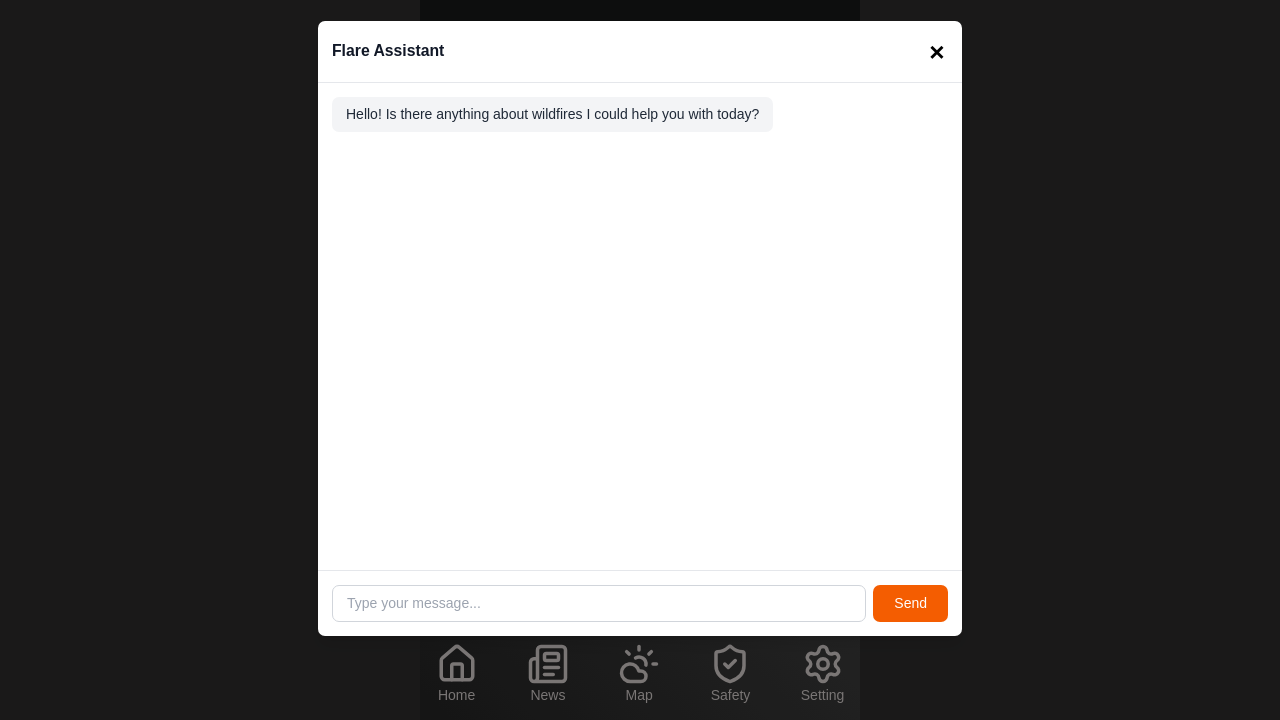
Repository: BCITKevin/Flare_IDSP
Page: /safety, after clicking the first element matching `button.flex`
An editor plug-in stored every save of this project. The page is shown before and after the next save, followed by the edit.
The browser window is 1280 px wide. The pictures show the whole page.
An inner scrolling area shows only its first screen. Some web fonts or font styles are not loaded; a fallback is used. The project was rebuilt for these pictures with package versions that can differ from the ones it lists, and the page was loaded fresh each time. The framework's server and built-in components were replaced by stand-ins that run in the browser. Also part of the build but not shown: next.config.js, next.config.mjs.

Above is the page before, as saved 2024-11-30 17:31:58.

### src/app/safety/page.tsx
'use client';

import { Tabs, TabsContent, TabsList, TabsTrigger } from "@/components/ui/tabs";
import {
    Card,
    CardContent,
    // CardDescription,
    // CardFooter,
    CardHeader,
    // CardTitle,
} from "@/components/ui/card"
import styles from "./safety.module.css"
import { Backpack, Map, Flag } from "lucide-react";
import prepareHero from "../public/images/prepareHero.png"
import evacHero from "../public/images/EvacHero.png"
import emergencyHero from "../public/images/EmergencyHero.png"
import BottomNavBar from "@/components/BottomNavBar/BottomNavBar";
import React from "react";

import { useState } from "react";
import Image from "next/image";

type Message = {
    text: string;
    sender: string;
};

// Card can be reformatted into a reusable component

export default function Safety() {
    const [showChat, setShowChat] = useState(false);
    const [activeTab, setActiveTab] = useState('Prepare');
    const [prevMsg, setMsg] = useState<Message[]>([
        { text: "Hello! Is there anything about wildfires I could help you with today?", sender: 'bot' },
    ]);


    async function handleSubmit(e: React.FormEvent<HTMLFormElement>) {
        e.preventDefault()

        try {
            const message = (document.querySelector('#message') as HTMLInputElement)?.value;
            (document.querySelector('#message') as HTMLInputElement).value = '';

            console.log(message);
            setMsg((prevMsg) => [...prevMsg, { text: message, sender: 'user' }]);

            const res = await fetch('/api/safety', {
                method: 'POST',
                headers: {
                    'Content-Type': 'application/json',
                },
                body: JSON.stringify({ message }),
            });

            if (!res.ok) {
                console.error();
                throw new Error('OOPS, SOMETHIN WRONG WITH BOT');
            }
            const data = await res.json();

            const botResponse = data.chat.content || "Sorry, I can't process your request. Please try again";

            setMsg((prevMsg) => [...prevMsg, { text: botResponse, sender: 'bot' }]);

            console.log('from gpt: ', botResponse);
        }
        catch (err) {
            console.error(err);
        }
    }

    const prepareText = `
    <strong>Stay informed:</strong> It’s crucial to stay updated on emergency alerts and evacuation orders issued by local authorities. Regularly check with Flare and turn on notifications and stay updated with the news. These alerts provide critical information about wildfire locations, safe zones, and road closures.
    <br><br>
    <strong>Assemble an emergency kit:</strong>
    <ul>
        <li>- First aid supplies, such as bandages, antiseptics, and pain relievers.</li>
        <li>- Enough non-perishable food and water to sustain your household for at least 3 days.</li>
        <li>- Flashlights with spare batteries, a multi-tool, a whistle for signaling, and a fire extinguisher.</li>
        <li>- Personal hygiene items, blankets, and clothing suitable for various weather conditions.</li>
    </ul>
    <br>
    <strong>Follow evacuation routes:</strong> Use the safest, predefined routes recommended by local authorities. Avoid unfamiliar roads that could be blocked or unsafe. Always have a physical map in case of GPS or mobile network failure.
    <br><br>
    <strong>Leave as early as possible:</strong> Don’t wait until the last moment to evacuate. Early action reduces risks and allows emergency responders to focus on critical areas. Traffic congestion and panic during last-minute evacuations can pose additional dangers.
    <br><br>
    <strong>Assist neighbors if possible:</strong> Check on those in your community who may need help, especially the elderly, people with disabilities, or families without transportation. Offer support by carpooling or sharing resources.
    <br><br>
    <strong>Keep your vehicle ready:</strong> Ensure your vehicle is in good condition with a full gas tank. Keep the keys easily accessible, park the car facing outward for a quick exit, and load essential items in advance to save time during an emergency.
    <br><br>
    <strong>Practice your evacuation plan:</strong> Conduct regular drills with your household to ensure everyone knows their roles and responsibilities. Familiarity with the process can reduce stress and confusion during an actual emergency.
    <br><br>
    <strong>Create a defensible space around your home:</strong> Clear dry leaves, branches, and other flammable materials at least 30 feet from your home. Trim tree branches to a height of at least 6 feet to prevent fire from climbing. Regularly maintain gutters and roofs by removing debris. Store firewood and other combustible items far from structures.
    <br><br>
    `;


    const emergencyText = `
    <strong>If you are in danger, contact emergency services immediately:</strong> Dial the emergency hotline 911 if your safety is compromised. Or  call 1 800 663-5555 toll-free or <strong>*5555</strong> on a cellphone to report a wildfire. Clearly state your location and the nature of the emergency to ensure responders can locate you quickly. Avoid using the line for non-critical updates to keep it free for those in immediate need.
    <br><br>
    <strong>Stay inside if safe:</strong> If evacuation is not possible, shelter in place in a safe room. Select an area with minimal windows and external doors, preferably one located at the center of your home or on the opposite side of the fire’s path. Keep the space stocked with basic necessities, including water, flashlights, and communication devices.
    <br><br>
    <strong>Block air entry:</strong> Use duct tape, wet towels, or other materials to seal gaps around doors and windows to prevent smoke infiltration. Shut off HVAC systems and close vents to further limit the entry of hazardous air.
    <br><br>
    <strong>Listen to official information:</strong> Stay tuned to updates from local authorities via radio, mobile apps, or reliable online sources. Avoid spreading or acting on unverified information that may cause unnecessary panic.
    <br><br>
    <strong>Use face coverings:</strong> If you need to go outside or smoke enters your shelter, use wet towels, bandanas, or certified N95 masks to filter harmful particles. This is especially important for individuals with respiratory issues, the elderly, and young children.
    <br><br>
    <strong>Stay hydrated:</strong> Drink plenty of water to combat dehydration caused by heat and smoke inhalation. Avoid alcohol or caffeinated drinks, which can exacerbate dehydration. If possible, keep oral rehydration salts or electrolyte drinks on hand.
    <br><br>
    <strong>Be prepared for power outages:</strong> Wildfires may disrupt electricity. Keep flashlights, extra batteries, and a manual crank radio available. Charge your devices in advance and consider using portable power banks.
    <br><br>
    <strong>Plan for communication:</strong> If mobile networks are down, use walkie-talkies or pre-established signals with neighbors and family to communicate effectively.
    <br><br>
    <strong>Protect pets and livestock:</strong> Keep your pets in a secure area with food and water. If possible, move livestock to open areas far from fire hazards.
    <br><br>
    <strong>Monitor air quality:</strong> Use air purifiers indoors if available and check air quality levels through official channels to minimize smoke-related health risks.
    `;


    const evacuationText = `
    <strong>Develop a family emergency plan:</strong> Create a detailed emergency plan that includes designated meeting spots, multiple communication strategies, and escape routes for different scenarios. Assign responsibilities to each family member and rehearse the plan frequently to ensure everyone is prepared.
    <br><br>
    <strong>Prepare to leave immediately:</strong>
    - Ensure you have gathered all essential items ahead of time to avoid delays. These include:
    <br><br>
    <ul>
        <li>- <strong>Medications</strong>, including prescription drugs and a basic first aid kit for minor injuries.</li>
        <li>- <strong>Important documents</strong>, such as government-issued IDs, insurance papers, property deeds, and emergency contact information.</li>
        <li>- Your <strong>emergency kit</strong> as outlined in the prepare section</li>
        <li>- Personal items like clothing, toiletries, and any essential supplies for infants, pets, or elderly family members.</li>
    </ul>
    <br>
    <strong>Keep important documents ready:</strong> Store essential documents like birth certificates, passports, medical records, and insurance policies in a waterproof, fireproof safe. Back up digital copies to cloud storage or an external hard drive.
    <br><br>
    <strong>Know your local risk level:</strong> Familiarize yourself with wildfire risks in your area by consulting local government websites and fire risk maps. Participate in community evacuation drills to understand the best practices and routes in case of an emergency.
    <br><br>
    <strong>Sign up for emergency alerts:</strong> Subscribe to wildfire and weather warning systems offered by local authorities.
    <br><br>
    <strong>Invest in fire-resistant building materials:</strong> Upgrade your home with fire-resistant roofing, siding, and windows. Install ember-resistant vents to prevent sparks from entering your home.
    <br><br>
    <strong>Prepare your vehicle:</strong> Keep your car in good working condition, with a full gas tank and an emergency kit inside. Include maps, a spare tire, tools, and extra supplies to ensure mobility during an evacuation.
    <br><br>
    <strong>Coordinate with your neighbors:</strong> Work together with your community to create a wildfire response plan. Share resources, such as tools and safety tips, to enhance collective preparedness.
    <br><br>
    <strong>Learn fire suppression techniques:</strong> Take basic training on how to use a fire extinguisher and other suppression tools effectively. Know when to evacuate instead of attempting to combat the fire yourself.
    <br><br>
    <strong>Advocate for local safety measures:</strong> Encourage local governments to implement wildfire prevention strategies, such as controlled burns, community fuel breaks, and infrastructure upgrades.
    `;




    return (
        <body className="min-h-screen overflow-y-auto">
            <div className="safetyLayout h-full overflow-y-auto mb-44">
                <div className={styles.safetyHeading}>
                    <h1>
                        Safety Guide
                    </h1>
                    <h5 className={styles.whiteText}>
                        Learn how to prepare and stay safe during wildfire season
                    </h5>
                </div>
                {/* <Card className="p-5 mt-3 transition-all duration-300 hover:shadow-lg border-l-4 border-l-orange-500">
                    <CardHeader className="p-0 mb-3">
                        <div className="flex items-center gap-2">
                            <strong className={`${styles.articleBody} text-lg`}>
                                Based on your Location and Recent Weather
                            </strong>
                        </div>
                    </CardHeader>
                    <CardContent className="p-0">
                        <div className="flex flex-col gap-2">
                            <p className={`${styles.articleBody} leading-relaxed`}>
                                Consider bringing:
                            </p>
                            <ul className="list-disc ml-5 space-y-1">
                                <li className={styles.articleBody}>Extra water (1 gallon per person)</li>
                                <li className={styles.articleBody}>Cooling towels</li>
                                <li className={styles.articleBody}>Sun protection (hat, sunscreen)</li>
                            </ul>
                        </div>
                    </CardContent>
                </Card> */}
                <div className={`${styles.safetyHeading} mb-6 mt-6`}>
                    {/* <h4>
                        Safety Tips
                    </h4> */}
                </div>
                <div className="mt-2">
                <Tabs defaultValue="Prepare" className="w-full flex flex-col" onValueChange={setActiveTab}>
                        <TabsList className="space-x-8 p-6 my-2 rounded-lg">
                            <TabsTrigger value="Prepare" className={`w-full ${activeTab === 'Prepare' ? styles.activeTab : ''}`}>Prepare</TabsTrigger>
                            <TabsTrigger value="Emergency" className={`w-full ${activeTab === 'Emergency' ? styles.activeTab : ''}`}>Emergency</TabsTrigger>
                            <TabsTrigger value="Evacuation" className={`w-full ${activeTab === 'Evacuation' ? styles.activeTab : ''}`}>Evacuation</TabsTrigger>
                        </TabsList>
                        <TabsContent value="Prepare">
                            <Card className={`${styles.card} p-6 flex flex-col items-center mb-24`}>
                                <Image src={prepareHero} width={340} height={189} alt="a rescue worker looking towards a wildfire" />
                                <Flag color="black" className="m-6" />
                                <p dangerouslySetInnerHTML={{ __html: prepareText }} className={styles.articleBody} />
                            </Card>
                        </TabsContent>
                        <TabsContent value="Emergency">
                            <Card className={`${styles.card} p-6 flex flex-col items-center mb-24`}>
                                <Image src={emergencyHero} width={340} height={189} alt="a rescue worker looking towards a wildfire" />
                                <Backpack color="black" className="m-6" />
                                <p dangerouslySetInnerHTML={{ __html: emergencyText }} className={styles.articleBody} />
                            </Card>
                        </TabsContent>
                        <TabsContent value="Evacuation">
                            <Card className={`${styles.card} p-6 flex flex-col items-center mb-24`}>
                                <Image src={evacHero} width={340} height={189} alt="a rescue worker looking towards a wildfire" />
                                <Map color="black" className="m-6" />
                                <p dangerouslySetInnerHTML={{ __html: evacuationText }} className={styles.articleBody} />
                            </Card>
                        </TabsContent>
                    </Tabs>
                </div>
                {showChat ? (
                    <>
                        <div className="justify-center items-center flex overflow-x-hidden overflow-y-auto fixed inset-0 z-50 outline-none focus:outline-none">
                            <div className="relative w-full h-full mx-auto max-w-3xl px-4 pt-6 pb-24">
                                <div className="border-0 rounded-lg shadow-lg relative flex flex-col w-full h-full bg-white outline-none focus:outline-none">
                                    {/* Header */}
                                    <div className="flex items-center justify-between p-4 border-b border-solid border-gray-200">
                                        <h3 className="text-lg font-semibold text-gray-900">Flare Assistant</h3>
                                        <button
                                            className="p-1 ml-auto border-0 text-black float-right text-3xl leading-none font-semibold"
                                            onClick={() => setShowChat(false)}
                                        >
                                            ×
                                        </button>
                                    </div>

                                    {/* Chat Messages */}
                                    <div className="relative p-4 flex-auto overflow-y-auto">
                                        {prevMsg.map((msg, i) => (
                                            <div key={i} className={`flex ${msg.sender === 'user' ? 'justify-end' : 'justify-start'} mb-4`}>
                                                <div className={`rounded-lg px-4 py-2 max-w-[80%] ${
                                                    msg.sender === 'user'
                                                    ? 'bg-[var(--orange)] text-white'
                                                    : 'bg-gray-100 text-gray-800'
                                                }`}>
                                                    {msg.text}
                                                </div>
                                            </div>
                                        ))}
                                    </div>

                                    {/* Input Form */}
                                    <div className="border-t border-solid border-gray-200 p-4">
                                        <form onSubmit={handleSubmit} className="flex gap-2">
                                            <input
                                                type="text"
                                                id="message"
                                                placeholder="Type your message..."
                                                className="flex-grow px-4 py-2 border border-gray-300 rounded-lg focus:outline-none focus:border-[var(--orange)]"
                                            />
                                            <button
                                                type="submit"
                                                className="bg-[var(--orange)] text-white rounded-lg px-6 py-2"
                                            >
                                                Send
                                            </button>
                                        </form>
                                    </div>
                                </div>
                            </div>
                        </div>
                        <div className="opacity-25 fixed inset-0 z-40 bg-black"></div>
                    </>
                ) : null}
                <div className="flex flex-col fixed bottom-24 rounded-lg px-6 py-3 m-2 items-center gap-4 transition-all duration-300">
                    {/* <div>
                        <span className="flex justify-center text-white ">Flare Assistant</span>
                        <p className="text-white text-base">Ask us about how you can stay safe</p>
                    </div> */}
                    <button
                        className="flex justify-center bg-[var(--orange)] text-white rounded-lg shadow-lg transition-all duration-300 flex items-center gap-2 px-4 py-2 w-3/4 hover:border-2 hover:border-white box-border w-52 h-12"
                        onClick={() => setShowChat(true)}
                    >
                        <img src="/icons/message-circle.svg" alt="chatbot icon" className="w-5 h-5 filter invert brightness-0" />
                        <span>Chat now</span>
                    </button>
                </div>
            </div>
            <BottomNavBar />
        </body>
    )
}

Loaded but not shown: src/lib/utils.ts (common file); src/app/globals.css (310 lines, source omitted); src/components/BottomNavBar/BottomNavBar.jsx (106 lines, source omitted); tailwind.config.ts (96 lines, source omitted); src/components/ui/tabs.tsx (55 lines, source omitted); src/components/ui/card.tsx (79 lines, source omitted); src/components/BottomNavBar/BottomNavBar.module.css (36 lines, source omitted); src/app/safety/safety.module.css (29 lines, source omitted); src/app/layout.tsx (41 lines, source omitted)

After the next save:
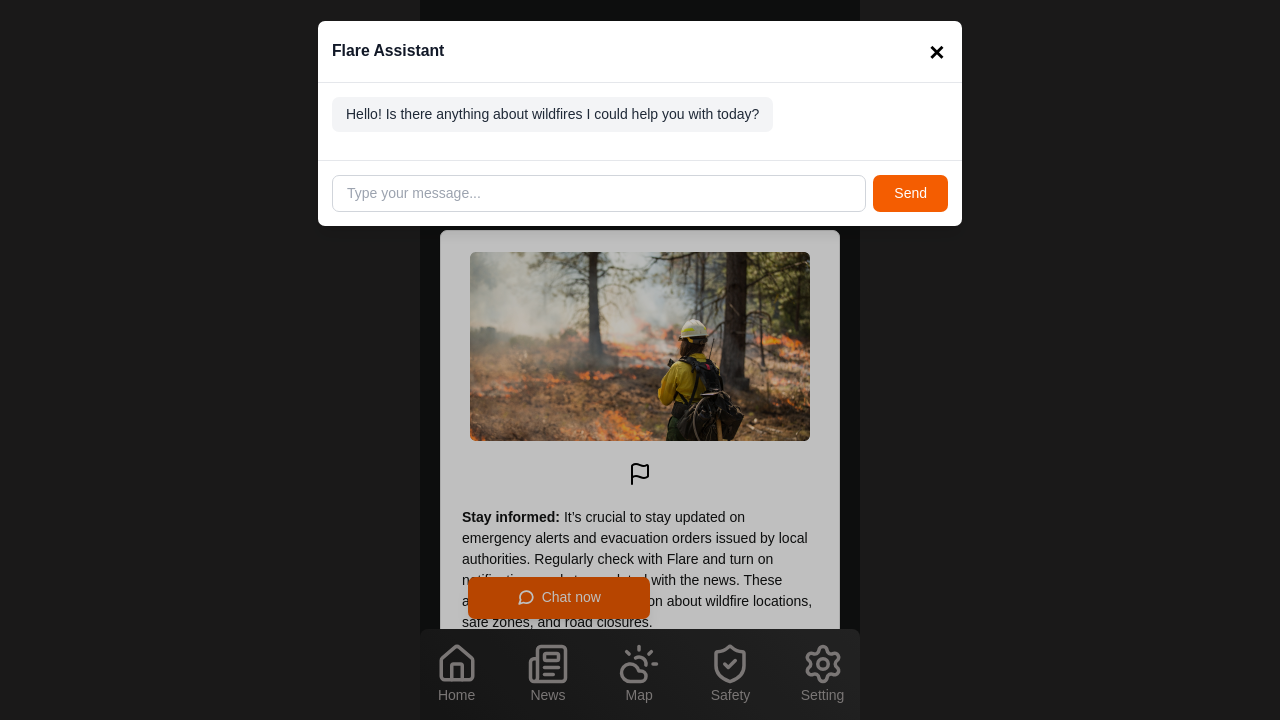
Saved 11 s later.
--- a/src/app/safety/page.tsx
+++ b/src/app/safety/page.tsx
@@ -223,7 +223,7 @@
                     <>
                         <div className="justify-center items-center flex overflow-x-hidden overflow-y-auto fixed inset-0 z-50 outline-none focus:outline-none">
                             <div className="relative w-full h-full mx-auto max-w-3xl px-4 pt-6 pb-24">
-                                <div className="border-0 rounded-lg shadow-lg relative flex flex-col w-full h-full bg-white outline-none focus:outline-none">
+                                <div className="border-0 rounded-lg shadow-lg relative flex flex-col bg-white outline-none focus:outline-none">
                                     {/* Header */}
                                     <div className="flex items-center justify-between p-4 border-b border-solid border-gray-200">
                                         <h3 className="text-lg font-semibold text-gray-900">Flare Assistant</h3>

After the save that followed:
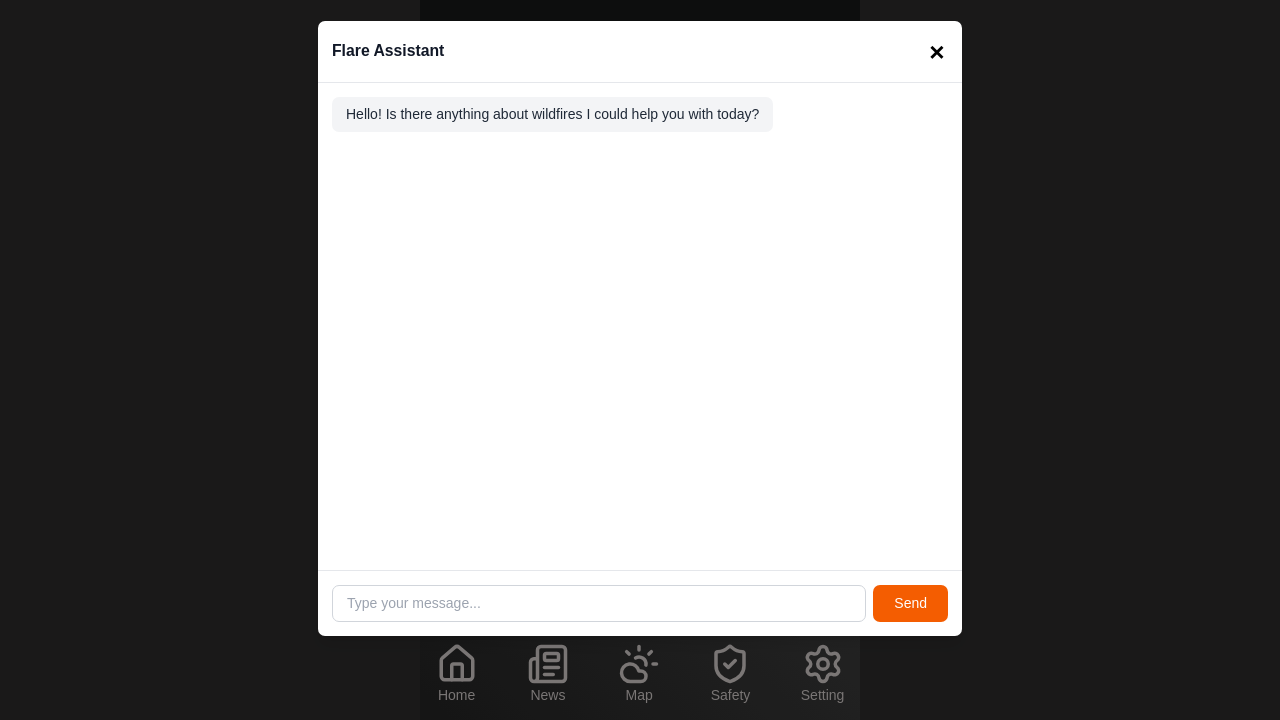
Saved 18 s later.
--- a/src/app/safety/page.tsx
+++ b/src/app/safety/page.tsx
@@ -223,7 +223,7 @@
                     <>
                         <div className="justify-center items-center flex overflow-x-hidden overflow-y-auto fixed inset-0 z-50 outline-none focus:outline-none">
                             <div className="relative w-full h-full mx-auto max-w-3xl px-4 pt-6 pb-24">
-                                <div className="border-0 rounded-lg shadow-lg relative flex flex-col bg-white outline-none focus:outline-none">
+                                <div className="border-0 rounded-lg shadow-lg relative flex flex-col w-full h-full bg-white outline-none focus:outline-none">
                                     {/* Header */}
                                     <div className="flex items-center justify-between p-4 border-b border-solid border-gray-200">
                                         <h3 className="text-lg font-semibold text-gray-900">Flare Assistant</h3>
